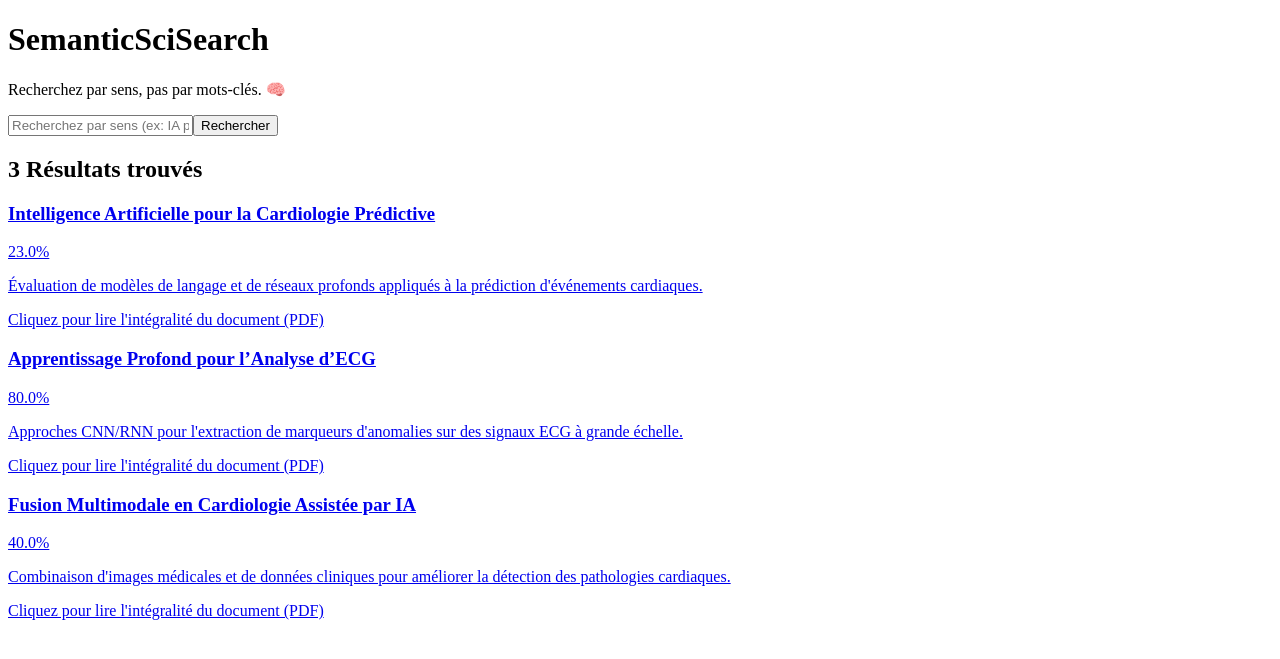
Repository: elh33/SemanticSciSearch
Page: / (app in frontend/)
The author's editor kept a copy of each file at every save. The page is drawn from the files as they stood at one save, then again after the next save.
The browser window is 1280 px wide. The pictures show the whole page.
The project was rebuilt for these pictures with package versions that can differ from the ones it lists, and the page was loaded fresh each time.

Above is the page before, as saved 2025-11-21 19:36:51.

After the next save:
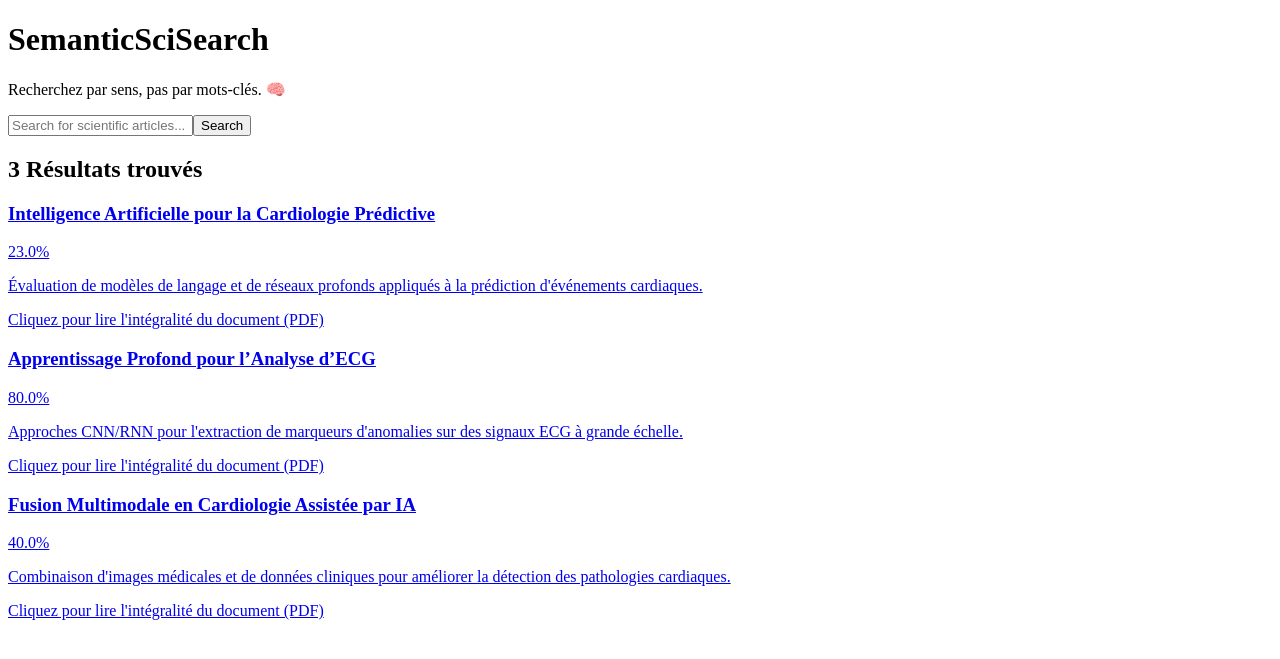
Saved 24 min 6 s later.
--- a/frontend/src/components/SearchResults.tsx
+++ b/frontend/src/components/SearchResults.tsx
@@ -1,60 +1,46 @@
-import React, { useState, FormEvent } from 'react';
+import React, { useState, useEffect } from 'react';
 import { Article } from '../types';
 import { searchArticles } from '../services/api';
-import ArticleCard from './ArticleCard'; // Importe ton composant créé précédemment
-
-// Définition d'un composant de base pour la barre de recherche (à affiner dans SearchBar.tsx)
-const SearchBar: React.FC<{ query: string, setQuery: (q: string) => void, onSearch: () => void }> = ({ query, setQuery, onSearch }) => (
-    <form onSubmit={(e) => { e.preventDefault(); onSearch(); }} className="flex w-full max-w-2xl mx-auto mb-10">
-        <input
-            type="text"
-            value={query}
-            onChange={(e) => setQuery(e.target.value)}
-            placeholder="Recherchez par sens (ex: IA pour maladies du cœur)..."
-            className="flex-grow p-3 border border-gray-300 rounded-l-lg focus:outline-none focus:ring-2 focus:ring-blue-500"
-        />
-        <button
-            type="submit"
-            className="bg-blue-600 text-white p-3 rounded-r-lg hover:bg-blue-700 transition duration-150"
-        >
-            Rechercher
-        </button>
-    </form>
-);
+import ArticleCard from './ArticleCard';
+import SearchBar from './SearchBar'; // Importation du composant SearchBar
 
 const SearchResults: React.FC = () => {
     // 1. Définition des états nécessaires (mémoire du composant)
     const [query, setQuery] = useState('');
     const [results, setResults] = useState<Article[]>([]);
     const [isLoading, setIsLoading] = useState(false);
-    const [hasSearched, setHasSearched] = useState(false); // Pour savoir si on a lancé une recherche
+    const [hasSearched, setHasSearched] = useState(false);
 
     // 2. Fonction de gestion de la recherche
-    const handleSearch = async () => {
-        if (query.trim() === '' && hasSearched) {
-            // Ne relance pas la recherche si la requête est vide après une première recherche
+    // Elle est maintenant appelée par SearchBar lorsqu'une recherche est soumise.
+    const handleSearch = async (newQuery: string) => {
+        // Met à jour la requête dans l'état de ce composant conteneur
+        setQuery(newQuery);
+
+        if (newQuery.trim() === '' && hasSearched) {
+            // Ne relance pas la recherche si la requête est vide et qu'on a déjà cherché
             return;
         }
 
-        setIsLoading(true); // Active l'indicateur de chargement
+        setIsLoading(true);
         setHasSearched(true);
 
         try {
-            // Appel au service API (mode mocké grâce à l'interrupteur dans api.ts)
-            const data = await searchArticles(query);
-            setResults(data); // Met à jour les résultats
+            // Appel au service API (mode mocké)
+            const data = await searchArticles(newQuery);
+            setResults(data);
         } catch (error) {
             console.error("Erreur lors de la recherche:", error);
             setResults([]);
         } finally {
-            setIsLoading(false); // Désactive l'indicateur
+            setIsLoading(false);
         }
     };
 
-    // Pour lancer une recherche par défaut lors du premier montage (avec requête vide)
-    // Utile pour afficher tous les articles mockés au début.
+    // Pour lancer une recherche par défaut lors du premier montage (requête vide)
     React.useEffect(() => {
-        handleSearch();
+        // Lance la recherche initiale (pour charger tous les mocks)
+        handleSearch('');
     }, []);
 
     const resultCount = results.length;
@@ -70,8 +56,9 @@
                 Recherchez par sens, pas par mots-clés. 🧠
             </p>
 
-            {/* Barre de Recherche (Rappel de la requête) */}
-            <SearchBar query={query} setQuery={setQuery} onSearch={handleSearch} />
+            {/* Intégration du composant SearchBar */}
+            {/* On lui passe la fonction de rappel handleSearch */}
+            <SearchBar initialQuery={query} onSearch={handleSearch} />
 
             {/* Affichage des états de la recherche */}
             {isLoading && (
@@ -89,7 +76,6 @@
             {/* Affichage des Résultats */}
             <div className="space-y-4">
                 {!isLoading && results.map(article => (
-                    // Utilise la clé 'id' pour aider React à gérer la liste
                     <ArticleCard key={article.id} article={article} />
                 ))}
 

After the save that followed:
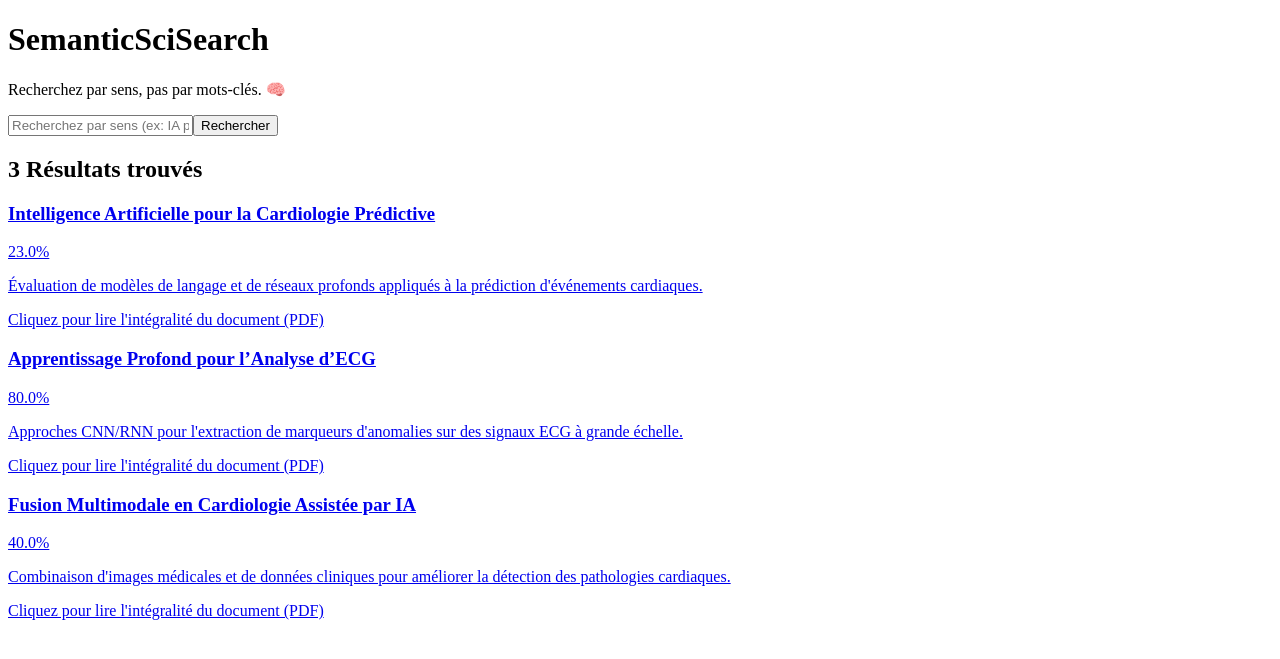
Saved 18 s later.
--- a/frontend/src/components/SearchResults.tsx
+++ b/frontend/src/components/SearchResults.tsx
@@ -1,46 +1,60 @@
-import React, { useState, useEffect } from 'react';
+import React, { useState, FormEvent } from 'react';
 import { Article } from '../types';
 import { searchArticles } from '../services/api';
-import ArticleCard from './ArticleCard';
-import SearchBar from './SearchBar'; // Importation du composant SearchBar
+import ArticleCard from './ArticleCard'; // Importe ton composant créé précédemment
+
+// Définition d'un composant de base pour la barre de recherche (à affiner dans SearchBar.tsx)
+const SearchBar: React.FC<{ query: string, setQuery: (q: string) => void, onSearch: () => void }> = ({ query, setQuery, onSearch }) => (
+    <form onSubmit={(e) => { e.preventDefault(); onSearch(); }} className="flex w-full max-w-2xl mx-auto mb-10">
+        <input
+            type="text"
+            value={query}
+            onChange={(e) => setQuery(e.target.value)}
+            placeholder="Recherchez par sens (ex: IA pour maladies du cœur)..."
+            className="flex-grow p-3 border border-gray-300 rounded-l-lg focus:outline-none focus:ring-2 focus:ring-blue-500"
+        />
+        <button
+            type="submit"
+            className="bg-blue-600 text-white p-3 rounded-r-lg hover:bg-blue-700 transition duration-150"
+        >
+            Rechercher
+        </button>
+    </form>
+);
 
 const SearchResults: React.FC = () => {
     // 1. Définition des états nécessaires (mémoire du composant)
     const [query, setQuery] = useState('');
     const [results, setResults] = useState<Article[]>([]);
     const [isLoading, setIsLoading] = useState(false);
-    const [hasSearched, setHasSearched] = useState(false);
+    const [hasSearched, setHasSearched] = useState(false); // Pour savoir si on a lancé une recherche
 
     // 2. Fonction de gestion de la recherche
-    // Elle est maintenant appelée par SearchBar lorsqu'une recherche est soumise.
-    const handleSearch = async (newQuery: string) => {
-        // Met à jour la requête dans l'état de ce composant conteneur
-        setQuery(newQuery);
-
-        if (newQuery.trim() === '' && hasSearched) {
-            // Ne relance pas la recherche si la requête est vide et qu'on a déjà cherché
+    const handleSearch = async () => {
+        if (query.trim() === '' && hasSearched) {
+            // Ne relance pas la recherche si la requête est vide après une première recherche
             return;
         }
 
-        setIsLoading(true);
+        setIsLoading(true); // Active l'indicateur de chargement
         setHasSearched(true);
 
         try {
-            // Appel au service API (mode mocké)
-            const data = await searchArticles(newQuery);
-            setResults(data);
+            // Appel au service API (mode mocké grâce à l'interrupteur dans api.ts)
+            const data = await searchArticles(query);
+            setResults(data); // Met à jour les résultats
         } catch (error) {
             console.error("Erreur lors de la recherche:", error);
             setResults([]);
         } finally {
-            setIsLoading(false);
+            setIsLoading(false); // Désactive l'indicateur
         }
     };
 
-    // Pour lancer une recherche par défaut lors du premier montage (requête vide)
+    // Pour lancer une recherche par défaut lors du premier montage (avec requête vide)
+    // Utile pour afficher tous les articles mockés au début.
     React.useEffect(() => {
-        // Lance la recherche initiale (pour charger tous les mocks)
-        handleSearch('');
+        handleSearch();
     }, []);
 
     const resultCount = results.length;
@@ -56,9 +70,8 @@
                 Recherchez par sens, pas par mots-clés. 🧠
             </p>
 
-            {/* Intégration du composant SearchBar */}
-            {/* On lui passe la fonction de rappel handleSearch */}
-            <SearchBar initialQuery={query} onSearch={handleSearch} />
+            {/* Barre de Recherche (Rappel de la requête) */}
+            <SearchBar query={query} setQuery={setQuery} onSearch={handleSearch} />
 
             {/* Affichage des états de la recherche */}
             {isLoading && (
@@ -76,6 +89,7 @@
             {/* Affichage des Résultats */}
             <div className="space-y-4">
                 {!isLoading && results.map(article => (
+                    // Utilise la clé 'id' pour aider React à gérer la liste
                     <ArticleCard key={article.id} article={article} />
                 ))}
 
